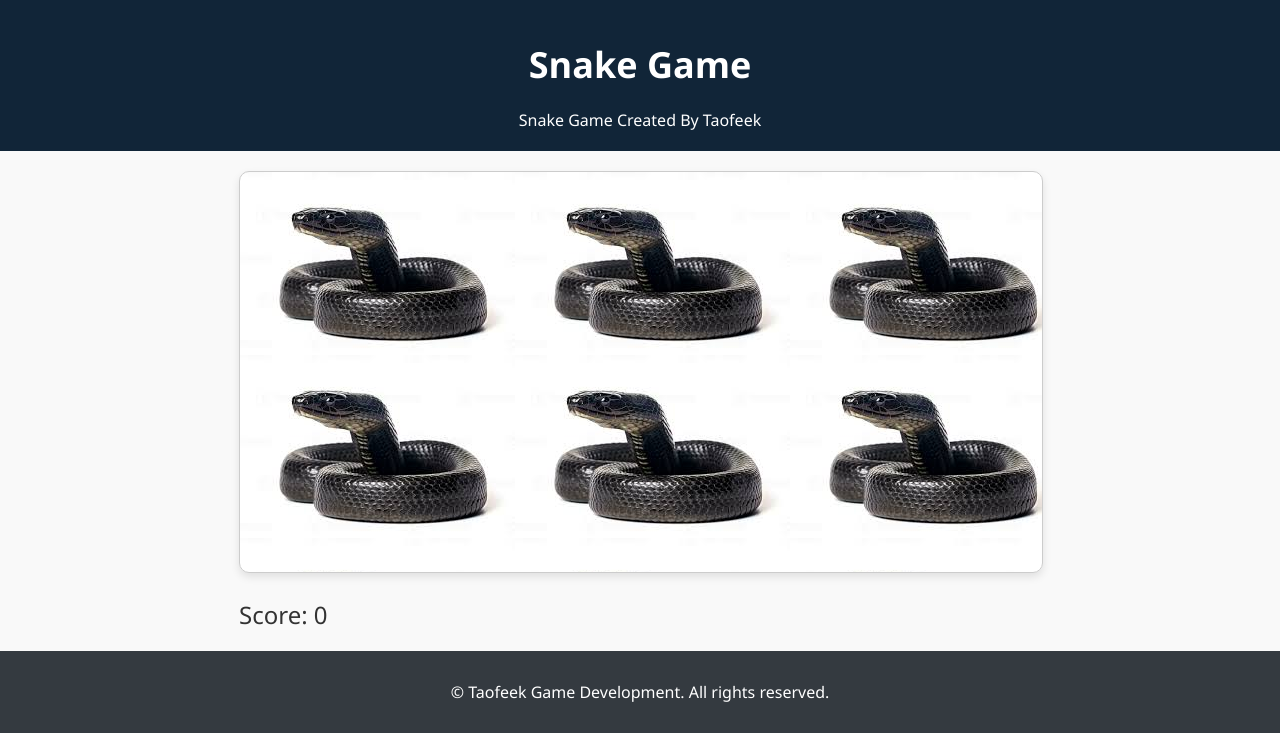
Repository: Taofeekolusola/Landing-page
Page: index.html
These files come from the project's save history. The page is drawn as it stood at one moment and after a run of saves; the edit follows.
The browser window is 1280 px wide. The pictures show the whole page.

Above is the page before, as saved 2024-05-06 18:33:47.
Not found: script.js

After the next 3 saves:
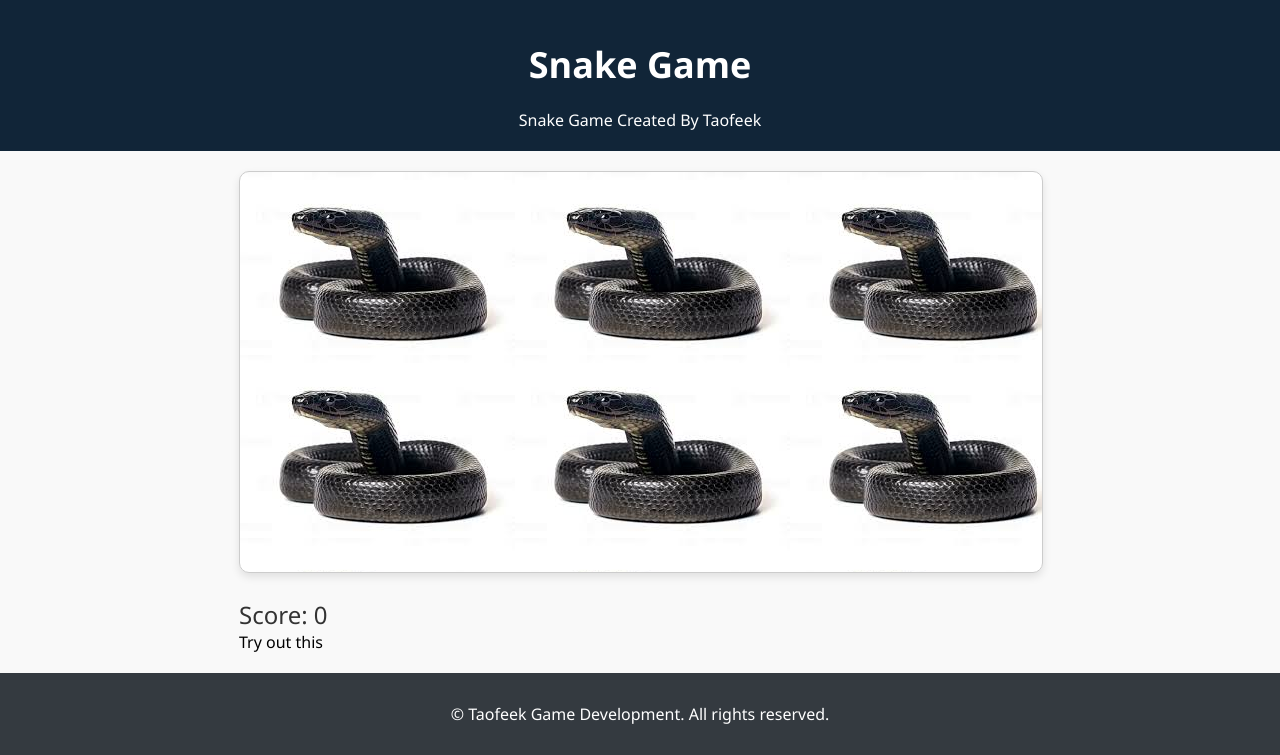
The 3 saves are shown as one change because they came seconds apart.
The last was saved 11 s later.
--- a/index.html
+++ b/index.html
@@ -17,7 +17,7 @@
         <div>
             <canvas class="snake"></canvas>
             <div id="score">Score: 0</div>
-            <div class="text"></div>
+            <div class="text">Try out this </div>
         </div>
     </main>
     <footer>
